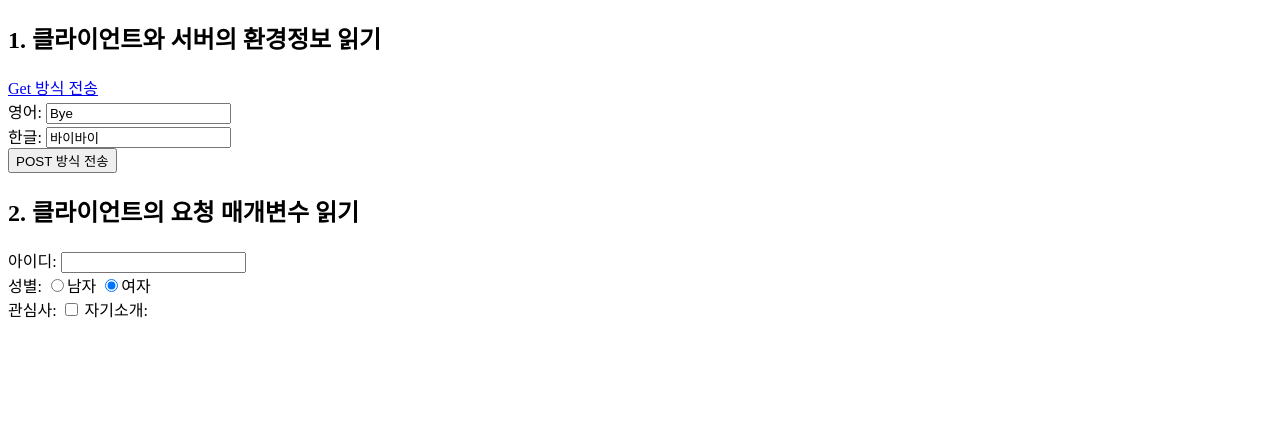
Repository: bhj305/JSP_Servlet
Page: http://localhost/MustHaveJSP/02ImplicitObject/RequestMain.jsp
These files come from the project's save history. The page is drawn as it stood at one moment and after the next save; the edit follows.
The browser window is 1280 px wide. The pictures show the whole page.
The page is served by Tomcat 10.

Above is the page before, as saved 2025-05-02 05:52:02.

After the next save:
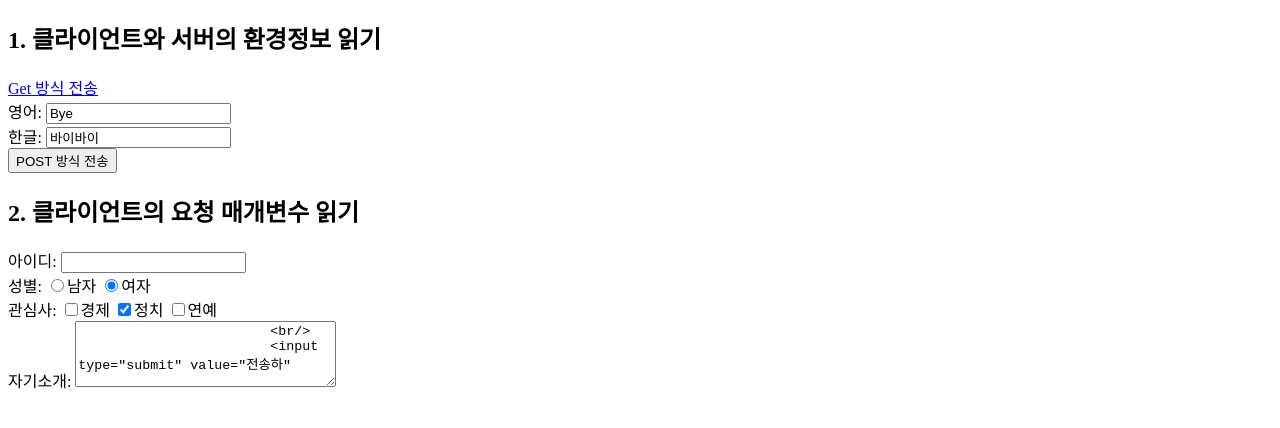
Saved 106 s later.
--- a/MustHaveJSP/src/main/webapp/02ImplicitObject/RequestMain.jsp
+++ b/MustHaveJSP/src/main/webapp/02ImplicitObject/RequestMain.jsp
@@ -23,8 +23,16 @@
 			아이디: <input type="text" name="id" value="" /><br/>
 			성별: <input type="radio" name="gender" value="man" />남자
 			<input type="radio" name="gender" value="woman" checked = "checked"/>여자 <br/>
-			관심사: <input type="checkbox" name="favo" value="eco"/>
+			관심사:
+			<input type="checkbox" name="favo" value="eco"/>경제
+			<input type="checkbox" name="favo" value="pol" checked="checked"/>정치
+			<input type="checkbox" name="favo" value="ent"/>연예<br/>
+
 			자기소개:
+			<textarea rows="4" cols="30" name="intro">
+			<br/>
+			<input type="submit" value="전송하"
+			</textarea>
 		</form>
 	</body>
 </html>
